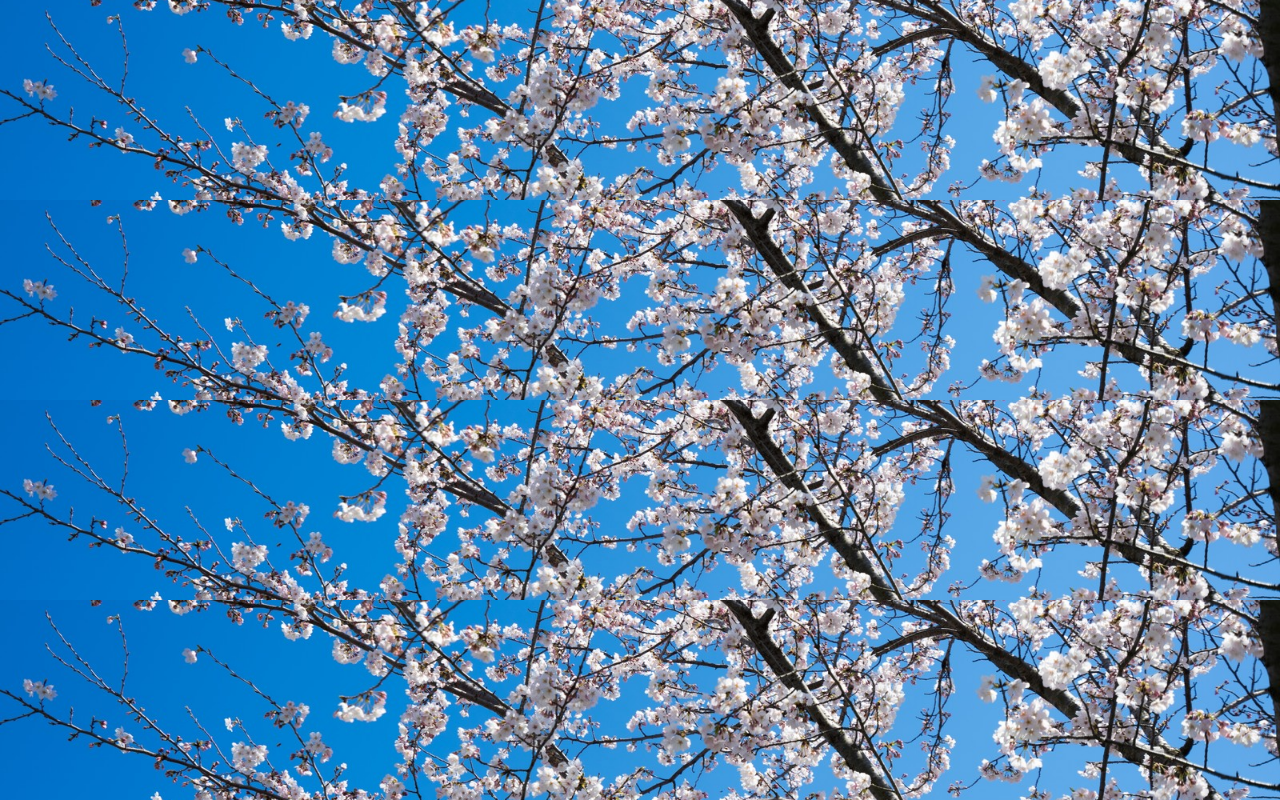
Repository: nyaaaaaaaaaaaaaa/chapter9-2
Page: chapter6/index.html
The author's editor kept a record of every edit. The page is drawn from the files as they stood at one moment, then again after the next edit.
The browser window is 1280 px wide. The pictures show the whole page.

Above is the page before.

After the next edit:
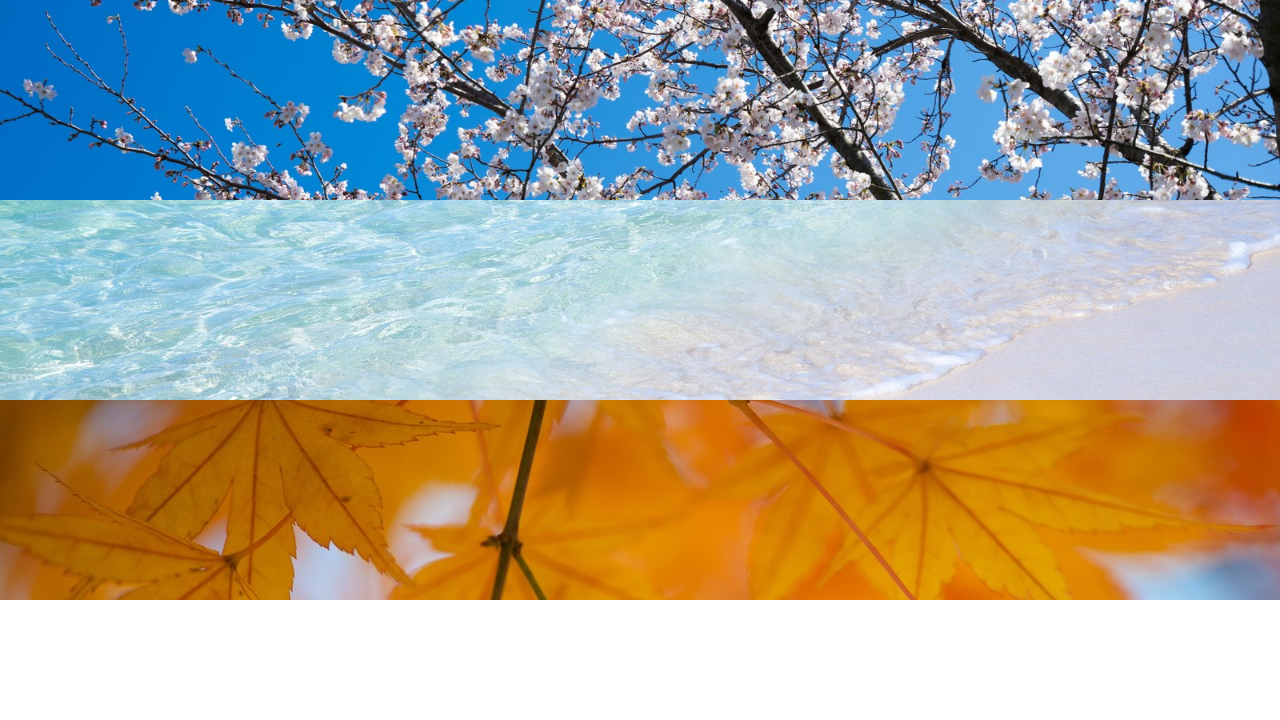
The edit:
--- a/chapter6/index.html
+++ b/chapter6/index.html
@@ -8,9 +8,9 @@
 
   <body>
     <div class="box1"></div>
-    <div class="box1"></div>
-    <div class="box1"></div>
-    <div class="box1"></div>
+    <div class="box2"></div>
+    <div class="box3"></div>
+    <div class="box4"></div>
   </body>
 
 
